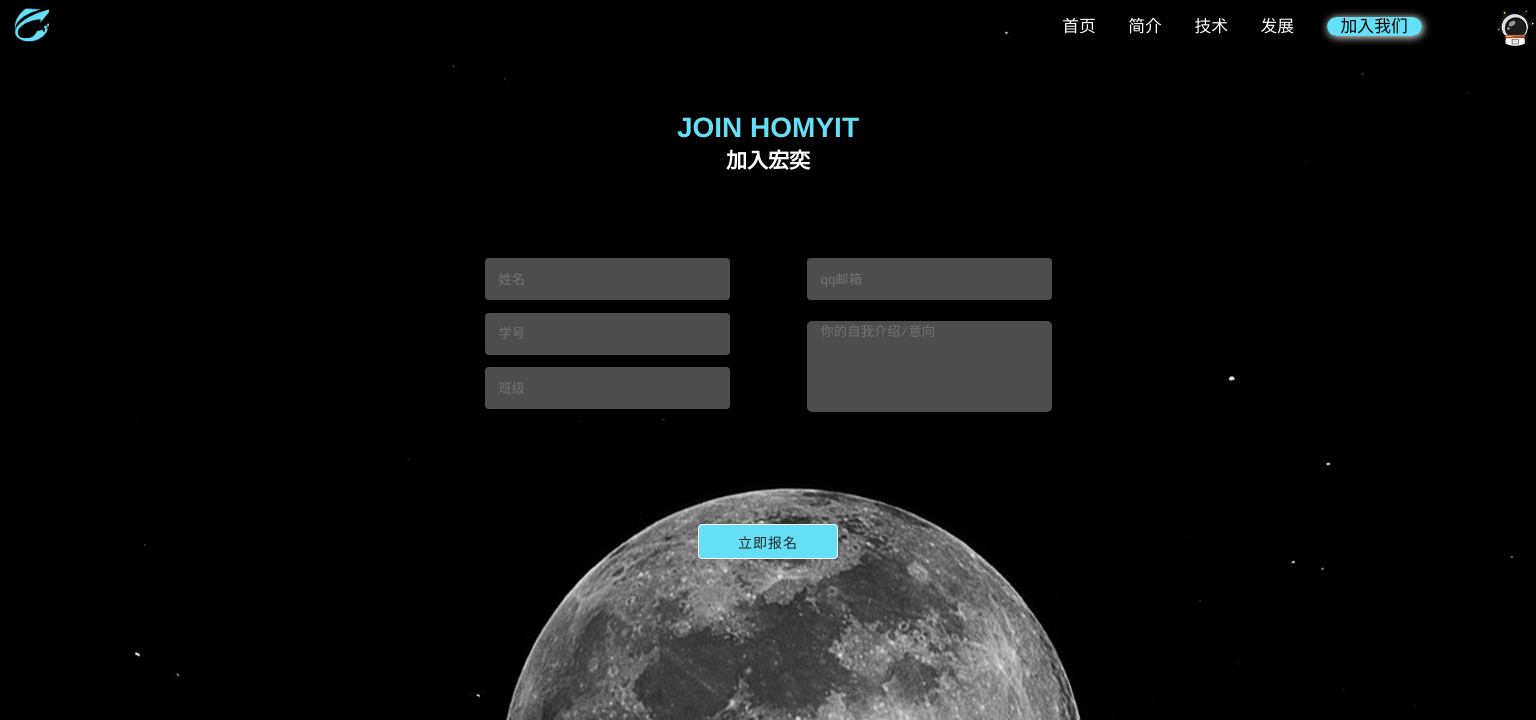
Repository: Homyit20/website
Page: /#/login
The author's editor kept a copy of each file at every save. The page is drawn from the files as they stood at one save, then again after the next save.
The browser window is 1536 px wide. The pictures show the whole page.
The project was rebuilt for these pictures with package versions that can differ from the ones it lists, and the page was loaded fresh each time. Also part of the build but not shown: vue.config.js.

Above is the page before, as saved 2021-08-10 19:17:13.

### public/index.html
<!DOCTYPE html>
<html lang="">
  <head>
    <meta charset="utf-8">
    <meta http-equiv="X-UA-Compatible" content="IE=edge">
    <meta name="viewport" content="width=device-width,initial-scale=1.0">
    <link rel="icon" href="<%= BASE_URL %>favicon.ico">
    <!-- <title><%= htmlWebpackPlugin.options.title %></title> -->
    <title><%= htmlWebpackPlugin.options.title %></title>
    <style>
      *{
        cursor: url("火箭.ico"),auto;
      }
      .body{
        overflow-x: hidden;
      }
    </style>
  </head>
  <body class="body">
    <noscript>
      <strong>We're sorry but <%= htmlWebpackPlugin.options.title %> doesn't work properly without JavaScript enabled. Please enable it to continue.</strong>
    </noscript>
    <div id="app"></div>
    <!-- built files will be auto injected -->
  </body>
</html>

### src/main.js
import Vue from 'vue'
import App from './App.vue'
import router from './router'
import store from './store'
// import VueCookies from 'vue-cookies'
// import axios from 'axios'
// import VueAxios from 'vue-axios'
import 'animate.css/animate.min.css'
// Vue.use(VueCookies)
// Vue.use(VueAxios, axios);

Vue.config.productionTip = false

new Vue({
  router,
  store,
  render: h => h(App),
}).$mount('#app')

//报名成功或者已报名才可进入二维码页面
router.beforeEach((to, from, next) => {
  //路由导航
  if (to.meta.islogin) {

    if (store.state.success == 1) {
      next()
    } else {
      next({
        path: from.path
      })
    }
  } else {

    if (to.meta.islogin) {
      if (store.state.success == 1) {
        next()
      } else {
        next({
          path: from.path
        })
      }
    } else {
      next()
    }
  }
})
window.onload = function(){
  document.title = "HOMYIT STUDIO"
}

### src/App.vue
<template>
  <div id="app">
    <router-view></router-view>
  </div>
</template>

<script>
// import NavBar from "./components/enter/enter.vue"
export default {
  name: "App"
};
</script>

<style>
* {
  margin: 0;
  padding: 0;
  box-sizing: border-box;
}
html {
  font-size: 14px;
}
#app {
  font-family: Avenir, Helvetica, Arial, sans-serif;
}
</style>

### src/router/index.js
import Vue from 'vue'
import VueRouter from 'vue-router'

Vue.use(VueRouter);

const routes = [
    {
        path: '/',
        redirect: '/enter',
        meta : {
            title : 'enter'
        }
    },
    {
        path: '/technique',
        component: () => import('../views/technique.vue'),
        meta : {
            title : 'technique'
        }
    },
    {
        path: '/develop',
        component: () => import('../views/develop.vue'),
        meta : {
            title : 'develop'
        }
    },
    {
        path: '/enter',
        component: () => import('../views/enter.vue'),
        meta : {
            title : 'enter'
        }
    },
    {
        path: '/login',
        component: () => import('../views/login.vue'),
        redirect: '/login/loginform',
        children: [{
            path: '/login/loginform',
            component: () => import('../components/content/loginform.vue'),
            meta : {
                title : 'login'
            }
        },
        {
            path: '/login/contact',
            component: () => import('../components/content/contact.vue'),
            meta: {
                islogin: true,
                title : 'contact'
            }
        }
        ]
    },
    {
        path: '/home',
        component: () => import('../views/Home.vue'),
        meta : {
            title : 'home'
        }
    }, {
        path: '/background',
        component: () => import('../views/background.vue'),
        meta : {
            title : 'background'
        }
    },
    {
        path : '/photo',
        component : () => import('../views/photo.vue')
    }
]

const router = new VueRouter({
    routes
})

export default router;

### src/store/index.js
import Vue from 'vue'
import Vuex from 'vuex'

Vue.use(Vuex)

const store = new Vuex.Store({
    state : {
        success : 0,
        isnav : false
    },
    mutations : {
        judge(state){
            state.success = 1
        }
    }
})

export default store;

### src/views/login.vue
<template>
  <div class="login-contain">
    <NavBar></NavBar>
      <img class="login-background" src="../assets/techlogin/images/报名背景.png" alt="背景">
      <router-link to="/login/loginform"/>
      <router-link to="/login/contact" />
      <router-view/>

  </div>
</template>

<script>
import NavBar from '../components/common/nav.vue'
export default {
  name : 'Login',
  data(){
    return {
      LoginShow:false
    }
  },

  components :{
    NavBar
  }
}
</script>

<style>
    .login-background{
        position: absolute;
        top: 0;
        width: 100vw;
        height: 100vh;
        object-fit: cover;
        z-index: -100;
    }
    @media screen and (max-width : 500px) {
      .login-contain{
        position: relative;
        height: 100vh;
        overflow: hidden;
      }
      .login-background{
        height: 850px;
      }
    }
</style>

### src/components/content/loginform.vue
<template>
  <div class="login-content">
    <div class="login-join">
      <h1>JOIN HOMYIT</h1>
      <h2>加入宏奕</h2>
    </div>
    <form class="login-form" method="">
      <div class="login-main-form">
        <div class="login-input">
          <input
            type="text"
            class="login-form-name"
            placeholder="姓名"
            v-model="stuName"
            @blur="inputjudge(stuName, 0)"
          />
        </div>
        <div class="login-input">
          <input
            type="text"
            class="login-form-number"
            placeholder="学号"
            v-model="stuNum"
            @blur="inputjudge(stuNum, 1)"
          />
        </div>
        <div class="login-input">
          <input
            type="text"
            class="login-form-class"
            placeholder="班级"
            v-model="stuClass"
            @blur="inputjudge(stuClass, 2)"
          />
        </div>
        <div class="login-input">
          <input
            type="text"
            class="login-form-address"
            placeholder="qq邮箱"
            v-model="email"
            @blur="inputjudge(email, 3)"
          />
        </div>
        <textarea
          placeholder="你的自我介绍/意向"
          class="login-form-idea"
          v-model="introduce"
        ></textarea>
      </div>
      <div class="login-button" @click="logincommit()">
        <p>立即报名</p>
        <!-- <button @click="logincommit()">立即报名</button> -->
      </div>
    </form>
  </div>
</template>

<script>
import axios from "axios";
// import qs from 'qs'
export default {
  name: "Loginform",
  data() {
    return {
      stuName: "",
      stuNum: "",
      stuClass: "",
      email: "",
      introduce: "",
    };
  },
  methods: {
    logincommit() {
      if (
        this.stuName != "" &&
        this.stuClass != "" &&
        this.email != "" &&
        this.stuNum != ""
      ) {
        if(/^[\da-zA-Z]+@\w+\.\w+$/.test(this.email) && /^\d{12}$/.test(this.stuNum)){
          axios.post('http://localhost:8080/api/register',{
          'name' : this.stuName,
          'number' : this.stuNum,
          'classs' : this.stuClass,
          'mail' : this.email,
          'introduction' : this.introduce
        }).then((res) => {
            // console.log(res.data)
              if (res.data.msg == "success" || res.data.msg == "此学号已经报名") {
                this.$store.commit("judge");
                alert(res.data.msg);
                this.$router.push({
                  path: "/login/contact",
                });
              } else {
               // 失败要执行的函数
                () => {alert(res.data.msg)};
              }
            })
            .catch((err) => {
              // 失败要执行的函数
              () => {
                alert(err);
            };
            // console.log(123)
            // console.log(err.response);
          })
        }else{
          alert("学号/邮箱填写错误")
        }
        // console.log('成功执行logincommit')
      } else {
        alert("请将信息填写完整");
      }
    },
    inputjudge(value, id) {
      let logininput = document.getElementsByClassName("login-input")[id];
      if (value != "") {
        logininput.classList.remove("login-vaild");
        logininput.classList.add("login-finish");
        if (
          (id === 3 && !/^[\da-zA-Z]+@\w+\.\w+$/.test(value)) ||
          (id === 1 && !/^\d{12}$/.test(value))
        ) {
          logininput.classList.add("login-error");
        }
      } else {
        logininput.classList.remove("login-vaild");
        logininput.classList.add("login-error");
      }
    },
  },
  watch: {
    stuName: function () {
      let logininput = document.getElementsByClassName("login-input")[0];
      logininput.classList.remove("login-error");
      logininput.classList.remove("login-finish");
      logininput.classList.add("login-vaild");
    },
    stuNum: function () {
      let logininput = document.getElementsByClassName("login-input")[1];
      logininput.classList.remove("login-error");
      logininput.classList.remove("login-finish");
      logininput.classList.add("login-vaild");
    },
    stuClass: function () {
      let logininput = document.getElementsByClassName("login-input")[2];
      logininput.classList.remove("login-error");
      logininput.classList.remove("login-finish");
      logininput.classList.add("login-vaild");
      logininput.classList.add("login-vaild");
    },
    email: function () {
      let logininput = document.getElementsByClassName("login-input")[3];
      logininput.classList.remove("login-error");
      logininput.classList.remove("login-finish");
      logininput.classList.add("login-vaild");
      logininput.classList.add("login-vaild");
    },
  },
};
</script>

<style>
.login-content {
  display: flex;
  flex-direction: column;
  align-items: center;
  margin: 0 auto;
  margin-top: 8rem;
  max-width: 45rem;
  height: 65vh;
}

/* 文字*/
.login-content .login-join {
  display: flex;
  flex-direction: column;
  align-items: center;
}
.login-content .login-join h1 {
  color: #65dff5;
}
.login-content .login-join h2 {
  color: #fff;
}

/* 表单内 */
.login-content .login-form {
  display: flex;
  flex-direction: column;
  align-items: center;
}
.login-form .login-main-form {
  display: flex;
  flex-direction: column;
  align-items: center;
  justify-content: space-between;
  flex-wrap: wrap;
  width: 45rem;
  height: 10rem;
  margin-top: 3rem;
}

/* 响应式 */
@media screen and (max-width: 500px) {
  .login-content .login-join {
    margin-top: 10vh;
  }
  .login-content {
    margin-top: 2rem;
  }
  .login-form .login-main-form {
    display: flex;
    flex-direction: column;
    flex-wrap: unwrap;
    align-items: center;
    width: 220px;
    height: 15rem;
    margin-top: 2rem;
  }
  .login-form .login-main-form input[type="text"] {
    width: 15rem;
    margin-bottom: 0;
  }
  .login-form .login-main-form textarea {
    display: none;
  }
  .login-form .login-button {
    margin-top: 15vh;
  }
}

.login-input {
  position: relative;
  width: 15rem;
  height: 3rem;
  display: flex;
  justify-content: flex-start;
  align-items: center;
  margin-bottom: 0.2rem;
}

.login-main-form input[type="text"] {
  border: 0;
  background: none;
  outline: none;
  background-color: #4d4d4d;
  border-radius: 2px;
  color: white;
  padding-left: 1rem;
  width: 15rem;
  height: 2.3rem;
}

/* 表单验证样式 */
.login-vaild::after {
  content: "";
  position: absolute;
  right: 0;
  width: 2rem;
  height: 2rem;
  background: url("../../assets/techlogin/images/沙漏.png") center;
}
.login-finish::after {
  content: "";
  position: absolute;
  right: 0;
  width: 2rem;
  height: 2rem;
  background: url("../../assets/techlogin/images/成功.png") center;
}
.login-error::after {
  content: "";
  position: absolute;
  right: 0;
  width: 2rem;
  height: 2rem;
  background: url("../../assets/techlogin/images/错误.png") center;
}
.login-input p {
  font-size: 1px;
  color: white;
}

.login-main-form textarea {
  border: 0;
  background: none;
  outline: none;
  background-color: #4d4d4d;
  border-radius: 2px;
  width: 15rem;
  height: 6rem;
  color: #fff;
  padding-left: 1rem;
  resize: none;
}
.login-button {
  display: flex;
  justify-content: center;
  align-items: center;
  padding: 0;
  outline: none;
  background: none;
  border: 1px solid #fff;
  border-radius: 2px;
  width: 8rem;
  height: 1.8rem;
  margin-top: 7rem;
  color: #fff;
  text-transform: uppercase;
  letter-spacing: 1px;
  animation: buttonanimate 3s;
  animation-fill-mode: forwards;
}
/* .login-button:hover {
  color: #262626;
  background: #65dff5;
} */
.login-button:before {
  content: "";
  position: absolute;
  justify-content: center;
  align-items: center;
  width: 7.95rem;
  height: 1.8rem;
  background: transparent;
  border: 0px solid #65dff5;
  animation: buttonafter 3s;
  animation-fill-mode: forwards;
}
/* .login-button:hover:before {
  border: 1.2px solid #fff;
  transform: scale(1.2, 1.4);
  opacity: 0;
  transition: 0.4s;
} */

@keyframes buttonanimate{
  0%{}
  50%{
      color: #262626;
      background: #65dff5;
  }
  100%{
    color: #262626;
      background: #65dff5;
  }
}
  @keyframes buttonafter {
    0%{}
    50%{
        border: 1.2px solid #fff;
        transform: scale(1.2, 1.4);
        opacity: 0;
        transition: 0.4s;
    }
    100%{
        border: 1.2px solid #fff;
        transform: scale(1.2, 1.4);
        opacity: 0;
        transition: 0.4s;
    }
  }

/* 当屏幕大于1500px时 */
@media screen and (min-width: 1500px) {
  .login-form .login-main-form {
    width: 46rem;
    height: 11rem;
    margin-top: 6rem;
  }
  .login-form .login-input {
    width: 17.5rem;
    height: 3rem;
  }
  .login-form .login-main-form input[type="text"] {
    width: 28rem;
    height: 3rem;
    border-radius: 4px;
  }
  .login-main-form textarea {
    width: 17.5rem;
    height: 6.5rem;
    border-radius: 5px;
  }
  .login-button {
    margin-top: 8rem;
    width: 10rem;
    height: 2.5rem;
    border-radius: 4px;
  }
}
</style>

### src/components/common/nav.vue
<template>
  <div class="nav">
    <div class="nav-logo" @click="toHome">
      <img src="../../assets/techlogin/images/logo_03.png"/>
    </div>
    <div class="nav-list">
      <ul class="nav-list-ul">
        <li>
          <router-link
            to="/home"
            class="nav-link-class"
            active-class="nav-link-active"
            >首页</router-link
          >
        </li>
        <li>
          <router-link
            to="/background"
            class="nav-link-class"
            active-class="nav-link-active"
            >简介</router-link
          >
        </li>
        <li>
          <router-link
            to="/technique"
            class="nav-link-class"
            active-class="nav-link-active"
            >技术</router-link
          >
        </li>
        <li>
          <router-link
            to="/develop"
            class="nav-link-class"
            active-class="nav-link-active"
            >发展</router-link
          >
        </li>
        <li>
          <router-link
            to="/login"
            class="nav-link-class nav-link-login"
            active-class="nav-join-class"
            >加入我们</router-link
          >
        </li>
      </ul>
      <div class="nav-list-img">
        <img src="../../assets/techlogin/images/小宇航员_07.png" />
      </div>
    </div>
  </div>
</template>

<script>
export default {
  name: "navbar",
  methods : {
    toHome(){
      if(this.$route.path != '/home'){
        this.$router.push({
          path : '/home'
        })
      }
    }
  }
};
</script>

<style>
.nav {
  position: absolute;
  top: 0;
  z-index: 100;
  display: flex;
  justify-content: space-between;
  align-items: center;
  width: 100vw;
  height: 3.5rem;
}
.nav-logo img {
  width: 2.5rem;
  height: 2.5rem;
  margin-top: 0.25rem;
  margin-left: 1rem;
  object-fit: cover;
}
.nav .nav-list {
  display: flex;
  justify-content: space-between;
  align-items: center;
  width: 35rem;
}
.nav-list .nav-list-ul {
  width: 80%;
  height: 100%;
  display: flex;
  align-items: center;
  justify-content: space-around;
  list-style: none;
  font-size: 1.2rem;
  color: #fff;
}
.nav-link-class {
  color: #fff;
  text-decoration: none;
}
.nav-link-active {
  color: #65dff5;
}
.nav-list-img {
  width: 3rem;
  height: 3rem;
  display: flex;
  flex-direction: column;
  position: relative;
}
.nav-list .nav-list-img img {
  width: 3rem;
  height: 3rem;
  display: flex;
  flex-direction: column;
  position: relative;
}
.nav-list .nav-list-img img {
  width: 3rem;
  height: 3rem;
  object-fit: cover;
}

/* img响应式 */
@media screen and (max-width: 500px) {
  .nav .nav-list {
    display: flex;
    justify-content: space-around;
    align-items: center;
    width: 23rem;
  }
  .nav .nav-list .nav-list-ul {
    width: 100%;
  }
  .nav-logo img {
    width: 2rem;
    height: 2rem;
    object-fit: cover;
  }
  .nav .nav-list .nav-list-img {
    display: none;
  }
  .nav .nav-list .nav-list-img img {
    display: none;
  }
  .nav .nav-link-login {
    padding: 0 0.5rem;
  }
}
.nav-link-login {
  color: #000;
  padding: 0 1rem;
  background-color: #65dff5;
  border-radius: 1rem;
}
.nav-join-class{
  box-shadow: 1px 1px 8px #fff;
}
</style>

After the next save:
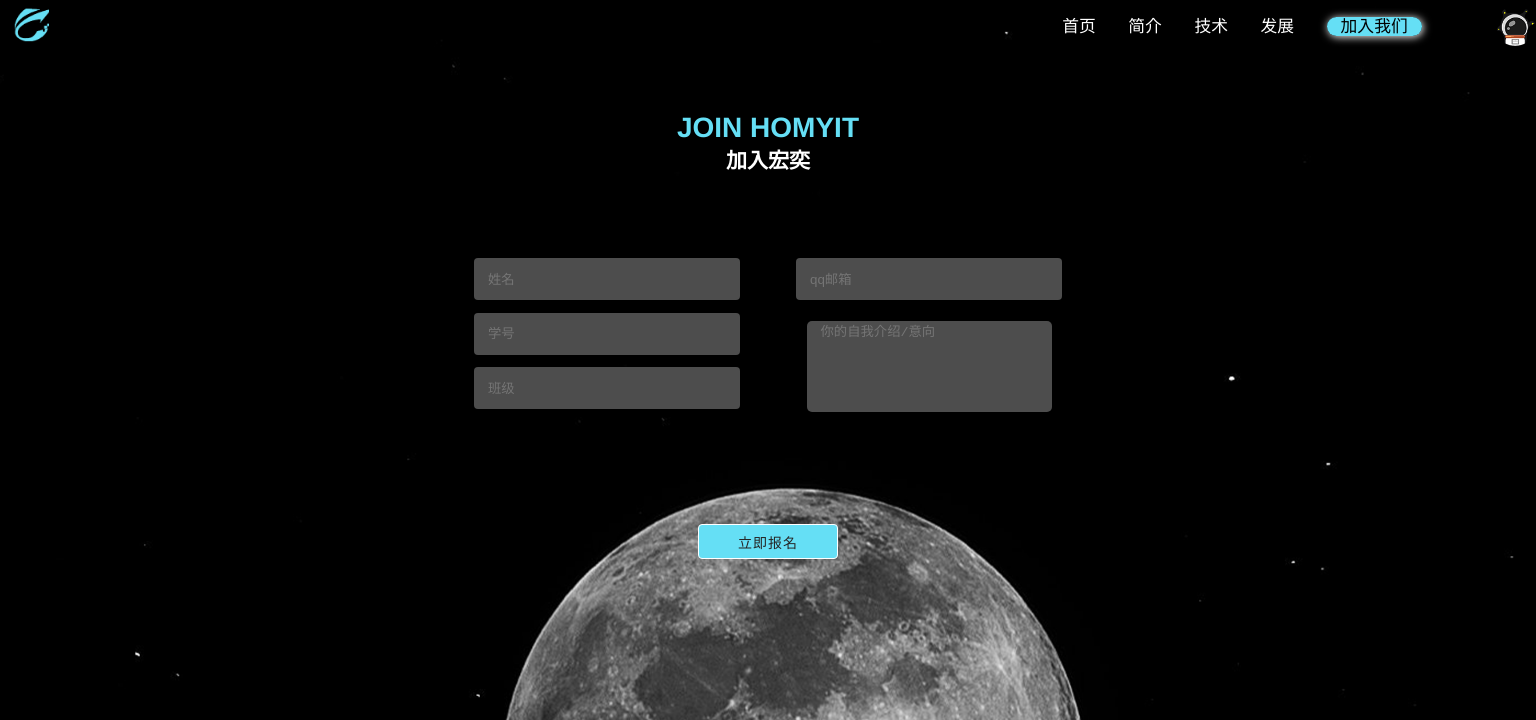
Saved 62 s later.
--- a/src/components/content/loginform.vue
+++ b/src/components/content/loginform.vue
@@ -372,11 +372,11 @@ export default {
     margin-top: 6rem;
   }
   .login-form .login-input {
-    width: 17.5rem;
+    width: 19rem;
     height: 3rem;
   }
   .login-form .login-main-form input[type="text"] {
-    width: 28rem;
+    width: 19rem;
     height: 3rem;
     border-radius: 4px;
   }
